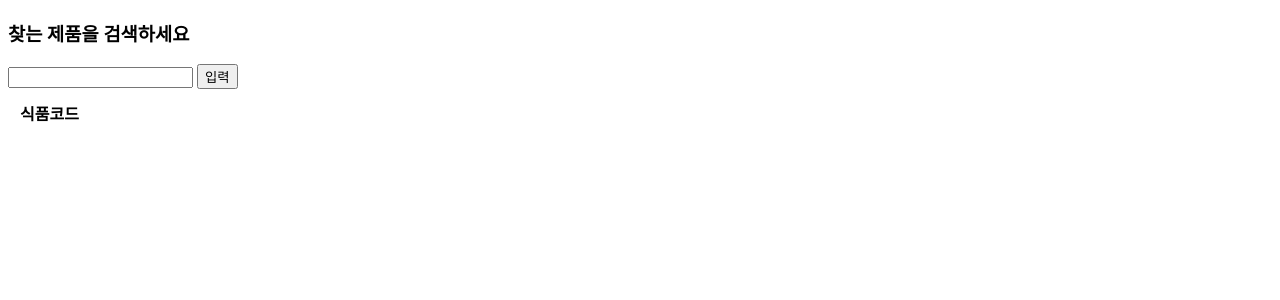
Repository: dkdud8140/OneDayProject_server
Page: http://localhost/Oneday_Server_food/insert/selectName
An editor plug-in stored every save of this project. The page is shown before and after the next save, followed by the edit.
The browser window is 1280 px wide. The pictures show the whole page.
The page is served by Tomcat 9.

Above is the page before, as saved 2021-05-10 06:38:48.

After the next save:
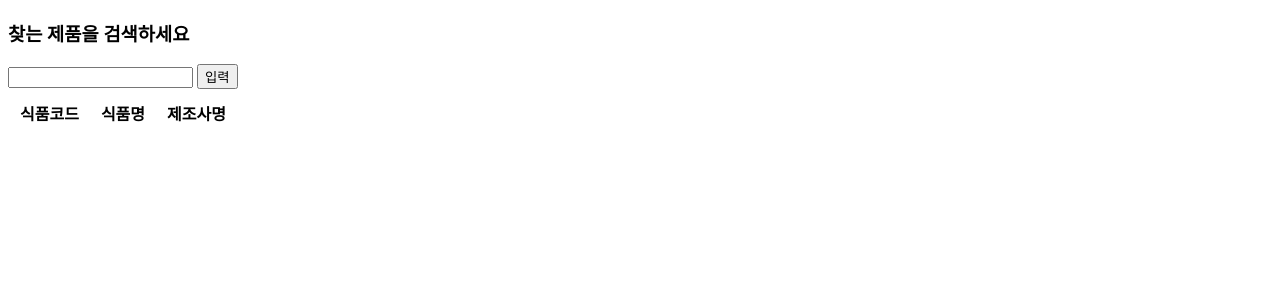
Saved 26 s later.
--- a/Oneday_Server_food/src/main/webapp/WEB-INF/view/selectName.jsp
+++ b/Oneday_Server_food/src/main/webapp/WEB-INF/view/selectName.jsp
@@ -1,5 +1,6 @@
 <%@ page language="java" contentType="text/html; charset=UTF-8"
     pageEncoding="UTF-8"%>
+<%@ taglib uri ="http://java.sun.com/jsp/jstl/core"  prefix="c"  %>
 <!DOCTYPE html>
 <html>
 <head>
@@ -21,14 +22,14 @@
 		<thead>
 			<tr>
 				<th>식품코드</th>
-
+				<th>식품명</th>
+				<th>제조사명</th>
 			</tr>
 		</thead>
 
 	</table>
 
 	<table>
-
 
 		<c:forEach items="${MFLIST}" var="MF">
 		<tbody>
